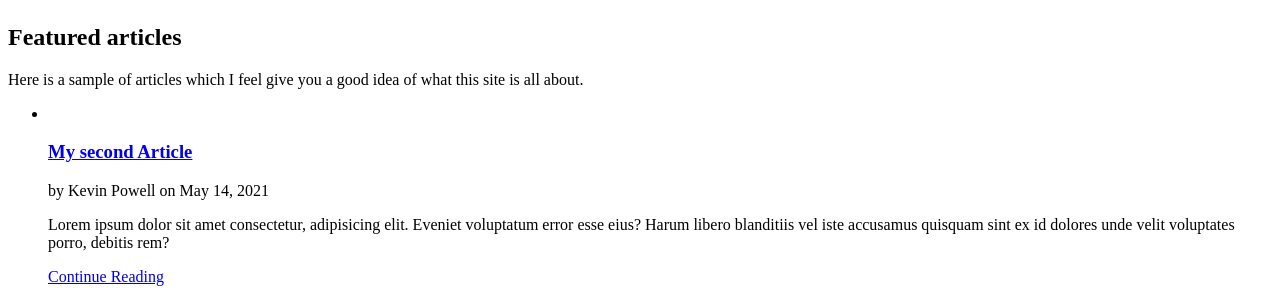
Repository: ikennobunga/11tyblog
Page: src/index.html
These files come from the project's save history. The page is drawn as it stood at one moment and after the next save; the edit follows.
The browser window is 1280 px wide. The pictures show the part of the page from y = 725 to 1209 px (the page is 1027 px tall before and 1209 px after).

Above is the page before, as saved 2021-10-27 00:08:56.

### src/index.html
<!DOCTYPE html>
<html lang="en">
<head>
    <meta charset="UTF-8">
    <meta http-equiv="X-UA-Compatible" content="IE=edge">
    <meta name="viewport" content="width=device-width, initial-scale=1.0">
    <link rel="stylesheet" href="/style.css">
    <title>Document</title>
</head>
<body>
    <header>
        <div class="container">
            <div class="page-header__content">
                <div class="logo">
                    <img src="" alt="">
                </div>
                <nav>
                    <ul>
                        <li>
                            <a href="/">Home</a>
                        </li>
                        <li>
                            <a href="/blog/">Blog</a>
                        </li>
                    </ul>
                </nav>
            </div>
        </div>
    </header>

    <main>
        <section class="hero">
            <div class="container flow">
                <div class="hero-content flow">
                    <h1>Welcome to my blog</h1>
                    <p>Lorem, ipsum dolor sit amet consectetur adipisicing elit. Adipisci voluptatibus deserunt officiis autem, vero dolorem reprehenderit qui amet aut quaerat molestias dignissimos vitae sunt non, fuga facere sed praesentium. Nihil.</p>
                    <div class="flex-group">
                        <a href="">Featured article</a>
                        <a href="">Most recent articles</a>
                    </div>
                    <div><img src="//unsplash.it/510" alt="" class="hero__image"></div>
                </div>
            </div>
        </section>

        <section id="featured-articles"  class="featured-articles">
            <div class="container flow">
                <h2 class="section-title text-center">Featured articles</h2>
                <p>Here is a sample of articles which I feel give you a good idea of what this site is all about.</p>
                <ul role="list" class="articles__list flow">
                    <li>
                        <article class="snippet">
                            <img src="" alt="" class="snippet__image">
                            <h3 class="snippet__title"><a href="/blog/my-second-article/">My second Article</a></h3>
                            <p class="snippet__meta"> by <span>Kevin Powell</span> on <span>May 14, 2021</span></p>
                            <p class="snippet__body">Lorem ipsum dolor sit amet consectetur, adipisicing elit. Eveniet voluptatum error esse eius? Harum libero blanditiis vel iste accusamus quisquam sint ex id dolores unde velit voluptates porro, debitis rem?</p>
                            <a href="/blog/my-first-article/" class="btn btn--primary">Continue Reading</a>
                        </article>
                    </li>
                </ul>
            </div>
        </section>

    </main>
</body>
</html>

Loaded but not shown: style.css (no stored copy; drawn as an empty file)

After the next save:
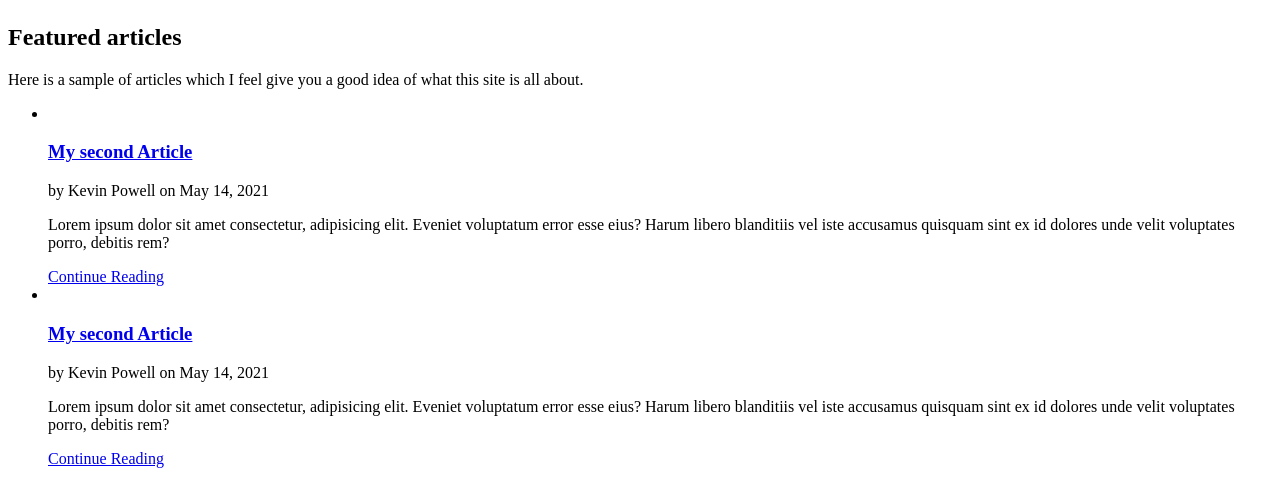
Saved 54 s later.
--- a/src/index.html
+++ b/src/index.html
@@ -57,6 +57,15 @@
                             <a href="/blog/my-first-article/" class="btn btn--primary">Continue Reading</a>
                         </article>
                     </li>
+                    <li>
+                        <article class="snippet">
+                            <img src="" alt="" class="snippet__image">
+                            <h3 class="snippet__title"><a href="/blog/my-second-article/">My second Article</a></h3>
+                            <p class="snippet__meta"> by <span>Kevin Powell</span> on <span>May 14, 2021</span></p>
+                            <p class="snippet__body">Lorem ipsum dolor sit amet consectetur, adipisicing elit. Eveniet voluptatum error esse eius? Harum libero blanditiis vel iste accusamus quisquam sint ex id dolores unde velit voluptates porro, debitis rem?</p>
+                            <a href="/blog/my-first-article/" class="btn btn--primary">Continue Reading</a>
+                        </article>
+                    </li>
                 </ul>
             </div>
         </section>
